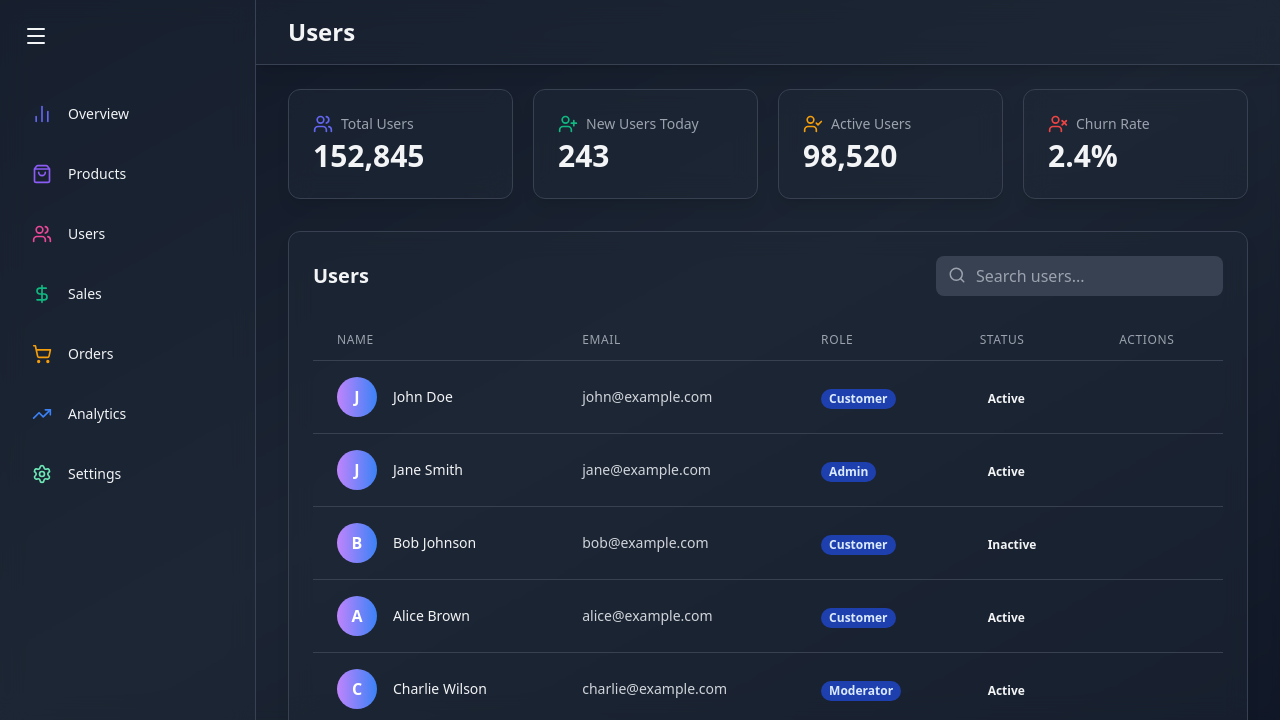
Repository: Abdirabi11/React-dashboard
Page: /users
An editor plug-in stored every save of this project. The page is shown before and after the next save, followed by the edit.
The browser window is 1280 px wide. The pictures show the whole page.
An inner scrolling area shows only its first screen. The project was rebuilt for these pictures with package versions that can differ from the ones it lists, and the page was loaded fresh each time. Also part of the build but not shown: vite.config.js, src/components/overview/SalesOverviewChart.jsx, src/components/overview/CategoryDistributionChart.jsx, src/components/overview/SalesChannelChart.jsx, src/pages/OverviewPage.jsx, src/components/products/SalesTrendChart.jsx, src/components/products/ProductsTable.jsx, src/pages/ProductsPage.jsx and 4 more.

Above is the page before, as saved 2025-07-18 22:00:21.

### src/components/common/Sidebar.jsx
import { BarChart2, DollarSign, Menu, Settings, ShoppingBag, ShoppingCart, TrendingUp, Users } from "lucide-react";
import { useState } from "react";
import { AnimatePresence, motion } from "framer-motion";
import { Link } from "react-router-dom";

const SIDEBAR_ITEMS = [
	{
		name: "Overview",
		icon: BarChart2,
		color: "#6366f1",
		href: "/",
	},
	{ name: "Products", icon: ShoppingBag, color: "#8B5CF6", href: "/products" },
	{ name: "Users", icon: Users, color: "#EC4899", href: "/users" },
	{ name: "Sales", icon: DollarSign, color: "#10B981", href: "/sales" },
	{ name: "Orders", icon: ShoppingCart, color: "#F59E0B", href: "/orders" },
	{ name: "Analytics", icon: TrendingUp, color: "#3B82F6", href: "/analytics" },
	{ name: "Settings", icon: Settings, color: "#6EE7B7", href: "/settings" },
];

const Sidebar = () => {
	const [isSidebarOpen, setIsSidebarOpen] = useState(true);

	return (
		<motion.div
			className={`relative z-10 transition-all duration-300 ease-in-out flex-shrink-0 ${
				isSidebarOpen ? "w-64" : "w-20"
			}`}
			animate={{ width: isSidebarOpen ? 256 : 80 }}
		>
			<div className='h-full bg-gray-800 bg-opacity-50 backdrop-blur-md p-4 flex flex-col border-r border-gray-700'>
				<motion.button
					whileHover={{ scale: 1.1 }}
					whileTap={{ scale: 0.9 }}
					onClick={() => setIsSidebarOpen(!isSidebarOpen)}
					className='p-2 rounded-full hover:bg-gray-700 transition-colors max-w-fit'
				>
					<Menu size={24} />
				</motion.button>

				<nav className='mt-8 flex-grow'>
					{SIDEBAR_ITEMS.map((item) => (
						<Link key={item.href} to={item.href}>
							<motion.div className='flex items-center p-4 text-sm font-medium rounded-lg hover:bg-gray-700 transition-colors mb-2'>
								<item.icon size={20} style={{ color: item.color, minWidth: "20px" }} />
								<AnimatePresence>
									{isSidebarOpen && (
										<motion.span
											className='ml-4 whitespace-nowrap'
											initial={{ opacity: 0, width: 0 }}
											animate={{ opacity: 1, width: "auto" }}
											exit={{ opacity: 0, width: 0 }}
											transition={{ duration: 0.2, delay: 0.3 }}
										>
											{item.name}
										</motion.span>
									)}
								</AnimatePresence>
							</motion.div>
						</Link>
					))}
				</nav>
			</div>
		</motion.div>
	);
};
export default Sidebar;

### src/pages/UsersPage.jsx
import { motion } from "framer-motion";
import { UserCheck, UserPlus, UsersIcon, UserX } from "lucide-react";
import Header from "../components/common/Header";
import StatCard from "../components/common/StatCard";
import UserActivityHeatmap from "../components/users/UserActivityHeatmap";
import UserDemographicsChart from "../components/users/UserDemographicsChart";
import UserGrowthChart from "../components/users/UserGrowthChart";
import UsersTable from "../components/users/UsersTable";

const userStats = {
	totalUsers: 152845,
	newUsersToday: 243,
	activeUsers: 98520,
	churnRate: "2.4%",
};

const UsersPage = () => {
	return (
		<div className="flex-1 overflow-auto relative z-10">
			<Header title='Users'/>
			<main className="max-w-7xl mx-auto py-6 px-4 lg:px-8">
				<motion.div
				 className="grid grid-cols-1 gap-5 sm:grid-cols-2 lg:grid-cols-4 mb-8"
				 initial={{ opacity: 0, y: 20 }}
				 animate={{ opacity: 1, y: 0 }}
				 transition={{ duration: 1 }}
				>
					<StatCard
					 name='Total Users'
					 icon={UsersIcon}
					 value={userStats.totalUsers.toLocaleString()}
					 color='#6366F1'
					/>
					<StatCard name='New Users Today' icon={UserPlus} value={userStats.newUsersToday} color='#10B981' />
					<StatCard
						name='Active Users'
						icon={UserCheck}
						value={userStats.activeUsers.toLocaleString()}
						color='#F59E0B'
					/>
					<StatCard name='Churn Rate' icon={UserX} value={userStats.churnRate} color='#EF4444' />
				</motion.div>
				<UsersTable />
				<div className='grid grid-cols-1 lg:grid-cols-2 gap-6 mt-8'>
					<UserGrowthChart />
					<UserActivityHeatmap />
					<UserDemographicsChart />
				</div>
			</main>
		</div>
	);
};
export default UsersPage;

### src/components/users/UserActivityHeatmap.jsx
import { Bar, BarChart, CartesianGrid, Legend, ResponsiveContainer, Tooltip, XAxis, YAxis } from "recharts";
import { motion } from "framer-motion";

const userActivityData = [
	{ name: "Mon", "0-4": 20, "4-8": 40, "8-12": 60, "12-16": 80, "16-20": 100, "20-24": 30 },
	{ name: "Tue", "0-4": 30, "4-8": 50, "8-12": 70, "12-16": 90, "16-20": 110, "20-24": 40 },
	{ name: "Wed", "0-4": 40, "4-8": 60, "8-12": 80, "12-16": 100, "16-20": 120, "20-24": 50 },
	{ name: "Thu", "0-4": 50, "4-8": 70, "8-12": 90, "12-16": 110, "16-20": 130, "20-24": 60 },
	{ name: "Fri", "0-4": 60, "4-8": 80, "8-12": 100, "12-16": 120, "16-20": 140, "20-24": 70 },
	{ name: "Sat", "0-4": 70, "4-8": 90, "8-12": 110, "12-16": 130, "16-20": 150, "20-24": 80 },
	{ name: "Sun", "0-4": 80, "4-8": 100, "8-12": 120, "12-16": 140, "16-20": 160, "20-24": 90 },
];


const UserActivityHeatmap = () => {
  return (
    <motion.div>
        <h2 className="text-xl font-semibold text-gray-100 mb-4'"> User Activity Heatmap </h2>
        <div style={{ width: "100%", height: 300 }}>
            <ResponsiveContainer>
                <BarChart data={userActivityData}>
                    <CartesianGrid strokeDasharray='3 3' stroke='#374151' />
                    <XAxis dataKey='name' stroke='#9CA3AF' />
					<YAxis stroke='#9CA3AF' />
                    <Tooltip
                        contentStyle={{
                            backgroundColor: "rgba(31, 41, 55, 0.8)",
                            borderColor: "#4B5563",
                        }}
                        itemStyle={{ color: "#E5E7EB" }}
                    />
                    <Legend />
                    <Bar dataKey='0-4' stackId='a' fill='#6366F1' />
                    <Bar dataKey='4-8' stackId='a' fill='#8B5CF6' />
                    <Bar dataKey='8-12' stackId='a' fill='#EC4899' />
					<Bar dataKey='12-16' stackId='a' fill='#10B981' />
                    <Bar dataKey='16-20' stackId='a' fill='#F59E0B' />
					<Bar dataKey='20-24' stackId='a' fill='#3B82F6' />
                </BarChart>
            </ResponsiveContainer>
        </div>
    </motion.div>
  )
}

export default UserActivityHeatmap

### src/components/users/UserDemographicsChart.jsx
import { motion } from "framer-motion";
import { PieChart, Pie, Cell, ResponsiveContainer, Tooltip, Legend } from "recharts";


const COLORS = ["#8884d8", "#82ca9d", "#ffc658", "#ff8042", "#0088FE"];

const userDemographicsData = [
	{ name: "18-24", value: 20 },
	{ name: "25-34", value: 30 },
	{ name: "35-44", value: 25 },
	{ name: "45-54", value: 15 },
	{ name: "55+", value: 10 },
];

const UserDemographicsChart = () => {
  return (
    <motion.div
        className='bg-gray-800 bg-opacity-50 backdrop-blur-md shadow-lg rounded-xl p-6 border border-gray-700 lg:col-span-2'
        initial={{ opacity: 0, y: 20 }}
        animate={{ opacity: 1, y: 0 }}
        transition={{ delay: 0.5 }}
    >
      <h2 className='text-xl font-semibold text-gray-100 mb-4'>User Demographics</h2>
		<div style={{ width: "100%", height: 300 }}>

        </div>
    </motion.div>
  )
}

export default UserDemographicsChart

### src/components/users/UserGrowthChart.jsx
import { LineChart, Line, XAxis, YAxis, CartesianGrid, Tooltip, ResponsiveContainer } from "recharts";
import { motion } from "framer-motion";

const userGrowthData = [
	{ month: "Jan", users: 1000 },
	{ month: "Feb", users: 1500 },
	{ month: "Mar", users: 2000 },
	{ month: "Apr", users: 3000 },
	{ month: "May", users: 4000 },
	{ month: "Jun", users: 5000 },
];

const UserGrowthChart = () => {
  return (
    <motion.div
      className="bg-gray-800 bg-opacity-50 backdrop-blur-md shadow-lg rounded-xl p-6 border-gray-700"
      initial={{ opacity: 0, y: 20 }}
			animate={{ opacity: 1, y: 0 }}
			transition={{ delay: 0.3 }}
    >
      <h2 className='text-xl font-semibold text-gray-100 mb-4'>User Growth</h2>
			<div className='h-[320px]'>
        <ResponsiveContainer width='100%' height='100%'>
          <LineChart data={userGrowthData}>
            <CartesianGrid strokeDasharray='3 3' stroke='#374151' />
            <XAxis dataKey='month' stroke='#9CA3AF' />
            <YAxis stroke='#9CA3AF' />
            <Tooltip
							contentStyle={{
								backgroundColor: "rgba(31, 41, 55, 0.8)",
								borderColor: "#4B5563",
							}}
							itemStyle={{ color: "#E5E7EB" }}
						/>
            <Line
							type='monotone'
							dataKey='users'
							stroke='#8B5CF6'
							strokeWidth={2}
							dot={{ fill: "#8B5CF6", strokeWidth: 2, r: 4 }}
							activeDot={{ r: 8 }}
						/>
          </LineChart>
        </ResponsiveContainer>
      </div>
    </motion.div>
  )
}

export default UserGrowthChart

### src/components/users/UsersTable.jsx
import { useState } from "react";
import { motion } from "framer-motion";
import { Search } from "lucide-react";

const UsersTable = () => {
  const userData = [
    { id: 1, name: "John Doe", email: "john@example.com", role: "Customer", status: "Active" },
    { id: 2, name: "Jane Smith", email: "jane@example.com", role: "Admin", status: "Active" },
    { id: 3, name: "Bob Johnson", email: "bob@example.com", role: "Customer", status: "Inactive" },
    { id: 4, name: "Alice Brown", email: "alice@example.com", role: "Customer", status: "Active" },
    { id: 5, name: "Charlie Wilson", email: "charlie@example.com", role: "Moderator", status: "Active" },
  ];

  const [searchTerm, setSearchTerm] = useState('')
  const [filteredUsers, setFilteredUsers] = useState(userData)

  const handleSearch=(e)=>{
    const term= e.target.value.toLowerCase()
    setSearchTerm(term)
    const filtered= userData.filter(
      (user)=> user.name.toLowerCase().includes(term) || user.email.toLowerCase().includes(term)
    )
    setFilteredUsers(filtered)
  }


  return (
    <motion.div
      className="bg-gray-800 bg-opacity-50 backdrop-blur-md shadow-lg rounded-xl p-6 border border-gray-700"
      initial={{ opacity: 0, y: 20 }}
			animate={{ opacity: 1, y: 0 }}
			transition={{ delay: 0.2 }}
    >
      <div className="flex justify-between items-center mb-6">
        <h2 className="text-xl font-semibold text-gray-100">Users</h2>
        <div className="relative">
          <input
            type='text'
            placeholder='Search users...'
            className='bg-gray-700 text-white placeholder-gray-400 rounded-lg pl-10 pr-4 py-2 focus:outline-none focus:ring-2 focus:ring-blue-500'
            value={searchTerm}
            onChange={handleSearch}
					/>
          <Search className='absolute left-3 top-2.5 text-gray-400' size={18} />
        </div>
      </div>
      <div className='overflow-x-auto'>
        <table className='min-w-full divide-y divide-gray-700'>
          <thead>
            <tr>
              <th className='px-6 py-3 text-left text-xs font-medium text-gray-400 uppercase tracking-wider'>
                Name
              </th>
              <th className='px-6 py-3 text-left text-xs font-medium text-gray-400 uppercase tracking-wider'>
                Email
              </th>
              <th className='px-6 py-3 text-left text-xs font-medium text-gray-400 uppercase tracking-wider'>
                Role
              </th>
              <th className='px-6 py-3 text-left text-xs font-medium text-gray-400 uppercase tracking-wider'>
                Status
              </th>
              <th className='px-6 py-3 text-left text-xs font-medium text-gray-400 uppercase tracking-wider'>
                Actions
              </th>
            </tr>
          </thead>
          <tbody className='divide-y divide-gray-700'>
            {filteredUsers.map((user)=>(
              <motion.tr
                key={user.id}
                initial={{ opacity: 0 }}
                animate={{ opacity: 1 }}
                transition={{ duration: 0.3 }}
              >
                <td className='px-6 py-4 whitespace-nowrap'>
									<div className='flex items-center'>
										<div className='flex-shrink-0 h-10 w-10'>
											<div className='h-10 w-10 rounded-full bg-gradient-to-r from-purple-400 to-blue-500 flex items-center justify-center text-white font-semibold'>
												{user.name.charAt(0)}
											</div>
										</div>
										<div className='ml-4'>
											<div className='text-sm font-medium text-gray-100'>{user.name}</div>
										</div>
									</div>
								</td>
                <td className='px-6 py-4 whitespace-nowrap'>
									<div className='text-sm text-gray-300'>{user.email}</div>
								</td>
                <td className='px-6 py-4 whitespace-nowrap'>
									<span className='px-2 inline-flex text-xs leading-5 font-semibold rounded-full bg-blue-800 text-blue-100'>
										{user.role}
									</span>
								</td>
                <td className='px-6 py-4 whitespace-nowrap'>
                  <span className={`px-2 inline-flex text-xs leading-5 font-semibold rounded-full `}>
                    {user.status}
                  </span>
                </td>
              </motion.tr>
            ))}
          </tbody>
        </table>
      </div>
    </motion.div>
  )
}

export default UsersTable

Loaded but not shown: index.html (common file); src/main.jsx (common file); src/App.jsx (common file); src/index.css (common file); src/components/common/Header.jsx (common file); src/components/common/StatCard.jsx (common file); tailwind.config.js (common file)

After the next save:
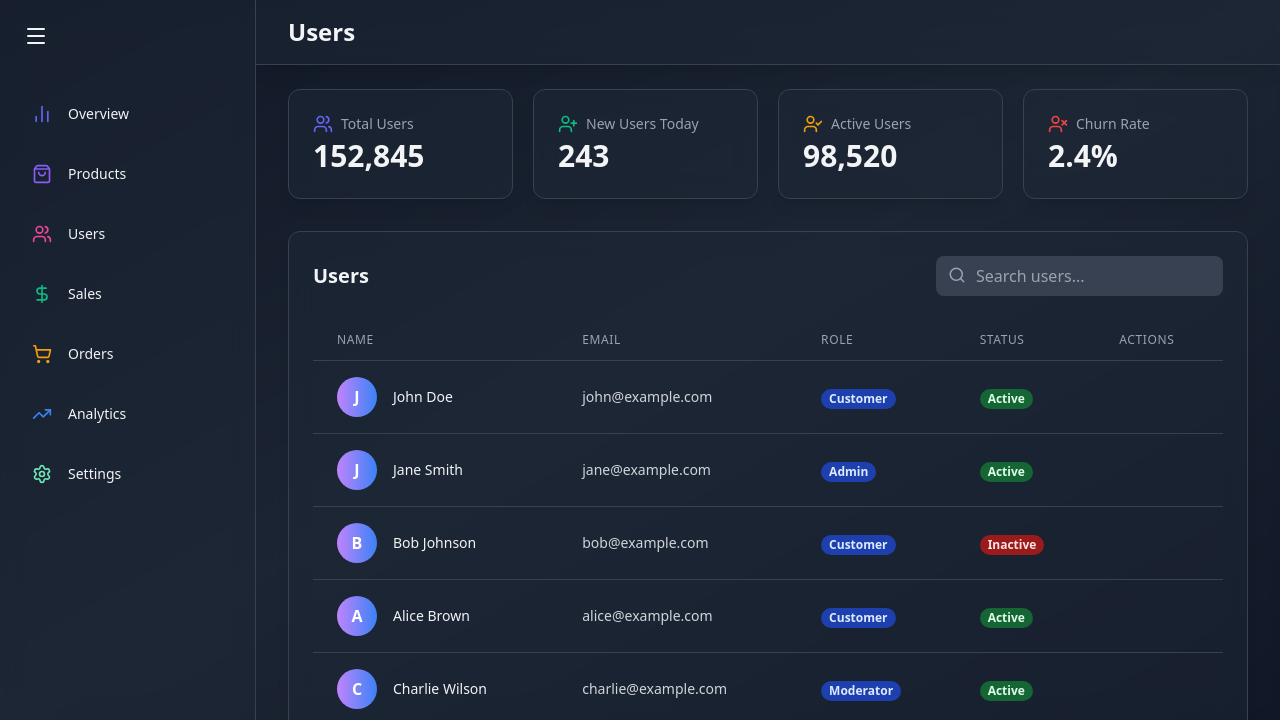
Saved 24 s later.
--- a/src/components/users/UsersTable.jsx
+++ b/src/components/users/UsersTable.jsx
@@ -94,7 +94,13 @@ const UsersTable = () => {
 									</span>
 								</td>
                 <td className='px-6 py-4 whitespace-nowrap'>
-                  <span className={`px-2 inline-flex text-xs leading-5 font-semibold rounded-full `}>
+                  <span
+                   className={`px-2 inline-flex text-xs leading-5 font-semibold rounded-full ${
+                    user.status === "Active"
+                      ? "bg-green-800 text-green-100"
+                      : "bg-red-800 text-red-100"
+                  }`}
+                  >
                     {user.status}
                   </span>
                 </td>
